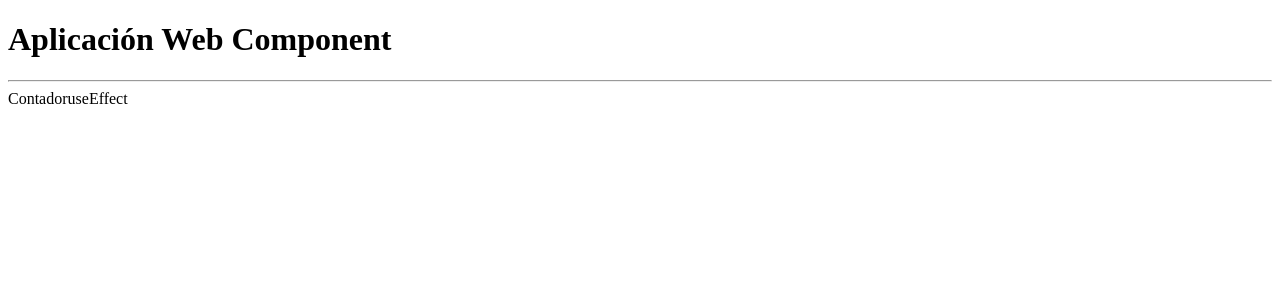
Repository: maxTech2019/Lab-react-C12024
Page: /
These files come from the project's save history. The page is drawn as it stood at one moment and after a run of saves; the edit follows.
The browser window is 1280 px wide. The pictures show the whole page.
The project was rebuilt for these pictures with package versions that can differ from the ones it lists, and the page was loaded fresh each time. Also part of the build but not shown: vite.config.js, src/component/Productos.jsx.

Above is the page before, as saved 2024-06-04 16:59:35.

### src/main.jsx
import React from 'react'
import ReactDOM from 'react-dom/client'
import App from './App';


const root = ReactDOM.createRoot(document.getElementById('root'));
root.render(
  <React.StrictMode>
    <App />
  </React.StrictMode>,
)

### src/App.jsx
import { Productos } from "./component/Productos";
import {ContadoruseEffect} from "./component/ContadoruseEffect";

const App = () => {
  return (
    <>
      <h1>Aplicación Web Component</h1>
      <hr />
      {/* <Contador /> */}
      {/* <Productos/> */}
      <ContadoruseEffect />
    </>
  );
}

export default App

### src/component/ContadoruseEffect.jsx

import React from 'react';

export const ContadoruseEffect = () => {
  return (
    <div>ContadoruseEffect</div>
  )
}

Loaded but not shown: index.html (common file)

After the next 3 saves:
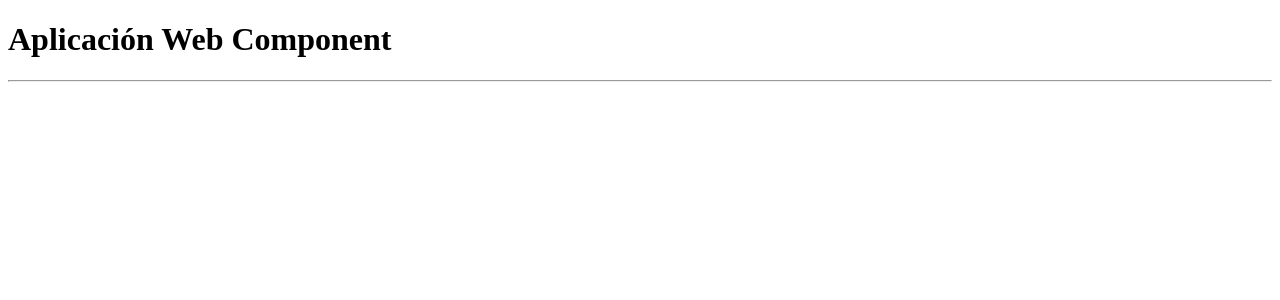
The 3 saves are shown as one change because they came seconds apart.
The last was saved 31 s later.
--- a/src/component/ContadoruseEffect.jsx
+++ b/src/component/ContadoruseEffect.jsx
@@ -3,6 +3,8 @@ import React from 'react';
 
 export const ContadoruseEffect = () => {
   return (
-    <div>ContadoruseEffect</div>
+    <>
+
+    </>
   )
 }
